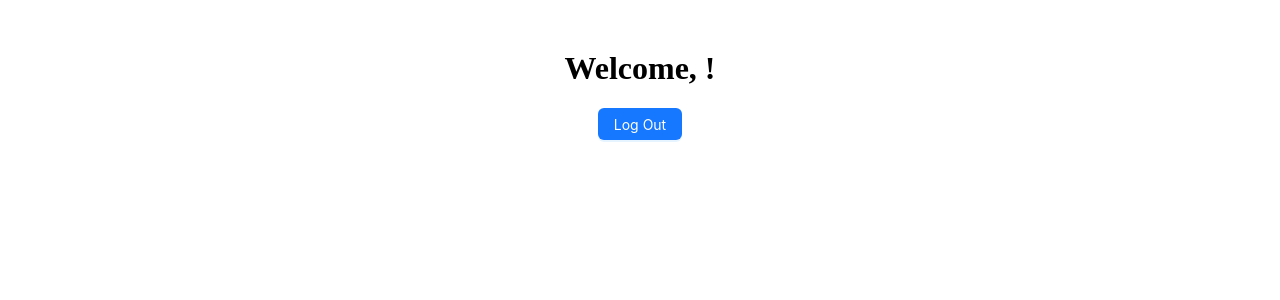
Repository: Joel-Mathew-777/Django-user-auth-with-react
Page: /home (app in frontend/)
The author's editor kept a copy of each file at every save. The page is drawn from the files as they stood at one save, then again after the next save.
The browser window is 1280 px wide. The pictures show the whole page.
The project was rebuilt for these pictures with package versions that can differ from the ones it lists, and the page was loaded fresh each time. Also part of the build but not shown: frontend/vite.config.js, frontend/src/components/Login.jsx, frontend/src/components/Register.jsx.

Above is the page before, as saved 2024-09-21 12:01:11.

After the next save:
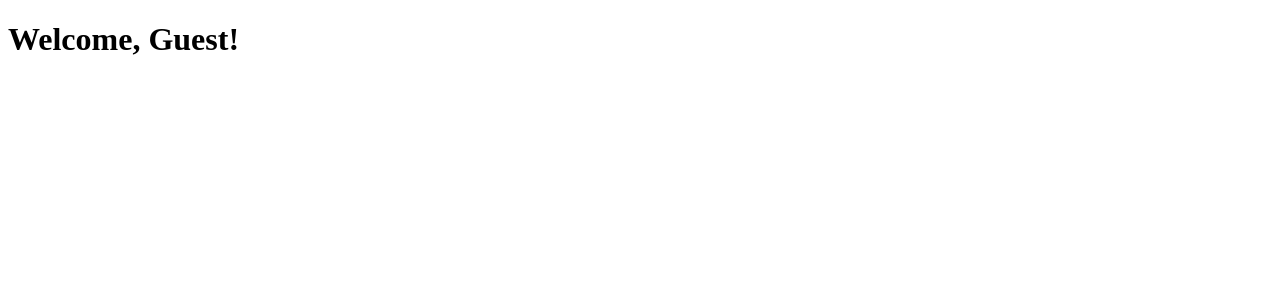
Saved 9 s later.
--- a/frontend/src/pages/Home.jsx
+++ b/frontend/src/pages/Home.jsx
@@ -1,22 +1,13 @@
-import { useAuth } from "../context/AuthContext";
-import { Button } from "antd";
-import { useNavigate } from "react-router-dom";
+import React from 'react';
+import { useAuth } from '../context/AuthContext';
 
 const Home = () => {
   const { user, logout } = useAuth();
-  const navigate = useNavigate();
-
-  const handleLogout = () => {
-    logout();
-    navigate("/login");
-  };
 
   return (
-    <div style={{ textAlign: "center", marginTop: "50px" }}>
-      <h1>Welcome, {user?.username}!</h1>
-      <Button type="primary" onClick={handleLogout}>
-        Log Out
-      </Button>
+    <div>
+      <h1>Welcome, {user ? user.username : "Guest"}!</h1>
+      {user && <button onClick={logout}>Logout</button>}
     </div>
   );
 };
